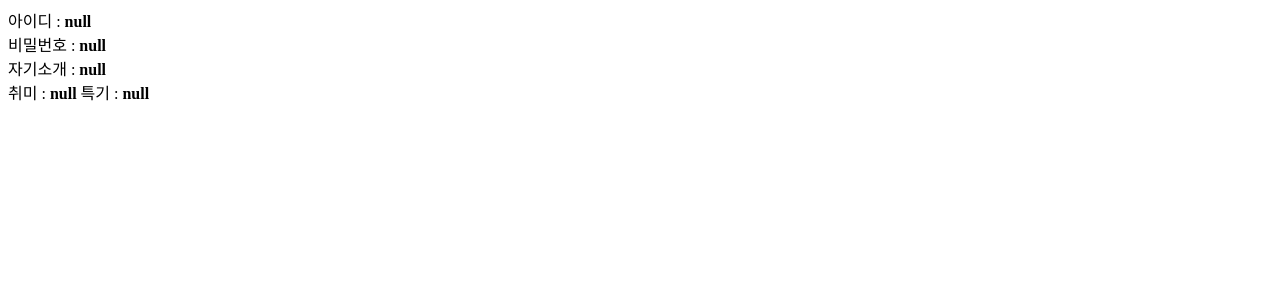
Repository: hanbeen03/javabasic
Page: http://localhost/JSPBasic/01-request/req_param_getpost.jsp
An editor plug-in stored every save of this project. The page is shown before and after the next save, followed by the edit.
The browser window is 1280 px wide. The pictures show the whole page.
The page is served by Tomcat 9.

Above is the page before, as saved 2021-07-30 05:46:06.

After the next save:
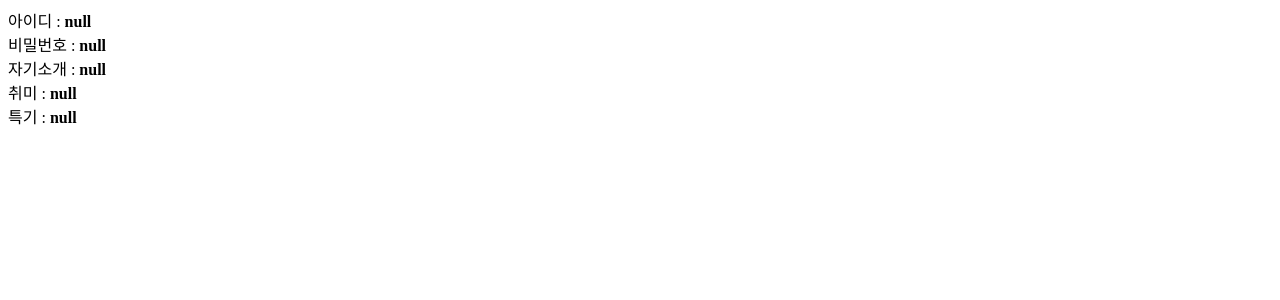
Saved 23 s later.
--- a/JSPBasic/WebContent/01-request/req_param_getpost.jsp
+++ b/JSPBasic/WebContent/01-request/req_param_getpost.jsp
@@ -25,7 +25,7 @@
 	아이디 : <b><%= id %></b><br/>
 	비밀번호 : <b><%= pw %></b><br/>
 	자기소개 : <b><%= intro %></b><br/>
-	취미 : <b><%= Arrays.toString(hobby) %></b>
+	취미 : <b><%= Arrays.toString(hobby) %></b><br/>
 	특기 : <b><%= Arrays.toString(act) %></b>
 	<%-- 취미 :
 	<% for(String name : hobby) { %>
